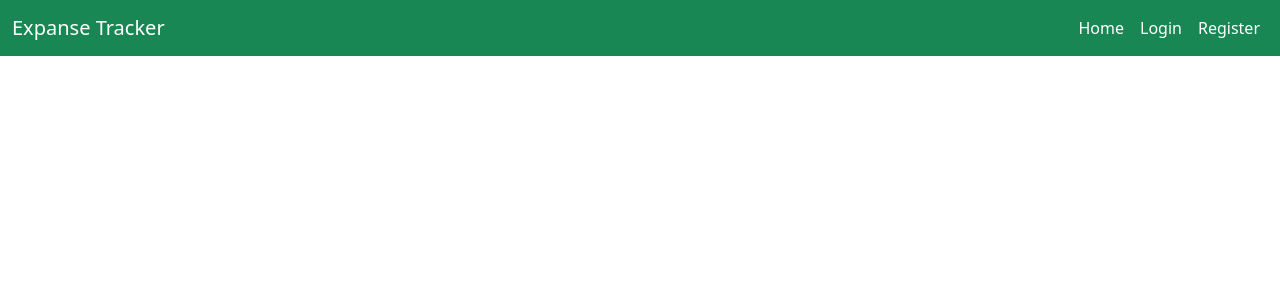
Repository: Hashim-Ansari-82/Java_Project
Page: http://localhost/Online_Expanse_Tracker/
These files come from the project's save history. The page is drawn as it stood at one moment and after the next save; the edit follows.
The browser window is 1280 px wide. The pictures show the whole page.
Some web libraries are served in a nearby version. The page is served by Tomcat 9.

Above is the page before, as saved 2026-05-25 04:40:52.

After the next save:
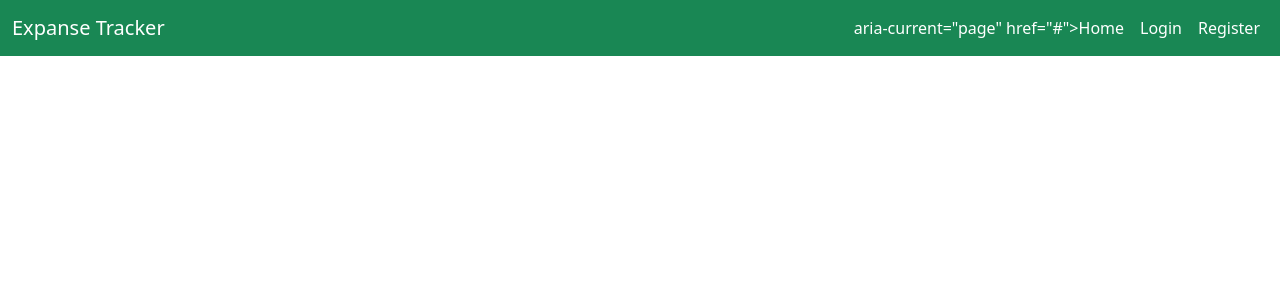
Saved 2 min 51 s later.
--- a/Online_Expanse_Tracker/src/main/webapp/index.jsp
+++ b/Online_Expanse_Tracker/src/main/webapp/index.jsp
@@ -29,7 +29,7 @@
 			</button>
 			<div class="collapse navbar-collapse" id="navbarSupportedContent">
 				<ul class="navbar-nav ms-auto mb-2 mb-lg-0">
-					<li class="nav-item"><a class="nav-link active"
+					<li class="nav-item"><a class="nav-link active" <i class="fa-solid fa-house"></i>
 						aria-current="page" href="#">Home</a></li>
 					<li class="nav-item"><a class="nav-link active" href="#">Login</a></li>
 					<li class="nav-item"><a class="nav-link active" href="#">Register</a></li>
